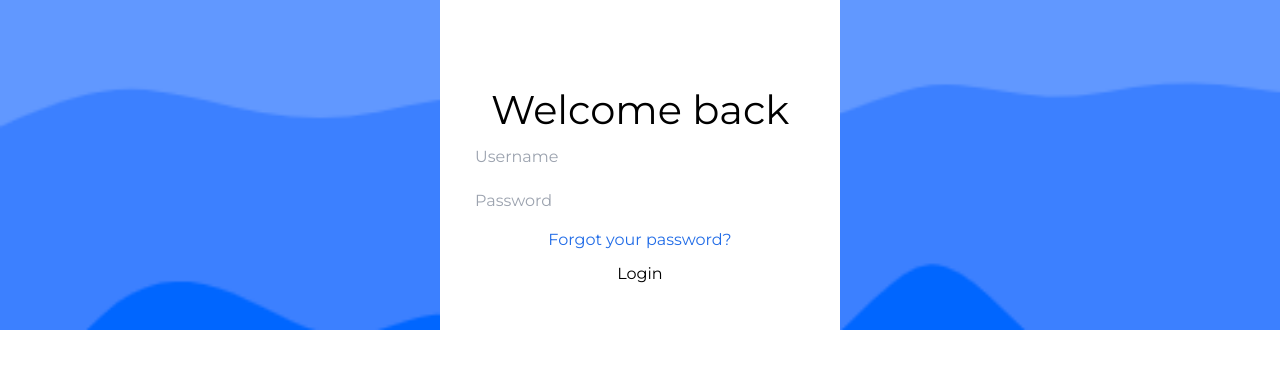
Repository: SatohJiro/CourseSale
Page: /
These files come from the project's save history. The page is drawn as it stood at one moment and after the next save; the edit follows.
The browser window is 1280 px wide. The pictures show the whole page.
The project was rebuilt for these pictures with package versions that can differ from the ones it lists, and the page was loaded fresh each time. Also part of the build but not shown: src/pages/Home/index.js, src/pages/Courses/index.js, src/layout/DefaultLayout/DefaultLayout.module.scss, src/layout/components/Header/Header.module.scss, src/layout/components/Header/index.js, src/layout/components/Sidebar/Sidebar.module.scss, src/layout/components/Sidebar/index.js, src/layout/DefaultLayout/index.js.

Above is the page before, as saved 2022-12-05 10:59:51.

### public/index.html
<!DOCTYPE html>
<html lang="en">
  <head>
    <meta charset="utf-8" />
    <link rel="icon" href="%PUBLIC_URL%/favicon.ico" />
    <meta name="viewport" content="width=device-width, initial-scale=1" />
    <meta name="theme-color" content="#000000" />
    <meta
      name="description"
      content="Web site created using create-react-app"
    />
    <link rel="apple-touch-icon" href="%PUBLIC_URL%/logo192.png" />
    <!--
      manifest.json provides metadata used when your web app is installed on a
      user's mobile device or desktop. See https://developers.google.com/web/fundamentals/web-app-manifest/
    -->
    <link rel="manifest" href="%PUBLIC_URL%/manifest.json" />
    <!--
      Notice the use of %PUBLIC_URL% in the tags above.
      It will be replaced with the URL of the `public` folder during the build.
      Only files inside the `public` folder can be referenced from the HTML.

      Unlike "/favicon.ico" or "favicon.ico", "%PUBLIC_URL%/favicon.ico" will
      work correctly both with client-side routing and a non-root public URL.
      Learn how to configure a non-root public URL by running `npm run build`.
    -->
    <title>Course Sale</title>
  </head>
  <body>
    <noscript>You need to enable JavaScript to run this app.</noscript>
    <div id="root"></div>
    <!--
      This HTML file is a template.
      If you open it directly in the browser, you will see an empty page.

      You can add webfonts, meta tags, or analytics to this file.
      The build step will place the bundled scripts into the <body> tag.

      To begin the development, run `npm start` or `yarn start`.
      To create a production bundle, use `npm run build` or `yarn build`.
    -->
  </body>
</html>

### src/index.js
import React from "react";
import ReactDOM from "react-dom/client";
import App from "./App";
import reportWebVitals from "./reportWebVitals";

import GlobalStyles from "~/components/GlobalStyles";

const root = ReactDOM.createRoot(document.getElementById("root"));
root.render(
  <React.StrictMode>
    <GlobalStyles>
      <App />
    </GlobalStyles>
  </React.StrictMode>
);

// If you want to start measuring performance in your app, pass a function
// to log results (for example: reportWebVitals(console.log))
// or send to an analytics endpoint. Learn more: https://bit.ly/CRA-vitals
reportWebVitals();

### src/App.js
import { Fragment } from "react";
import { BrowserRouter as Router, Routes, Route } from "react-router-dom";
import { publicRoutes } from "~/routes";
import { DefaultLayout } from "~/layout";
import Login from "./pages/Login/Login";

function App() {
  return (
    // <Router>
    //   <div className="App">
    //     <Routes>
    //       {publicRoutes.map((route, index) => {
    //         let Layout = DefaultLayout;
    //         if (route.layout) {
    //           Layout = route.layout;
    //         } else if (route.layout === null) {
    //           Layout = Fragment;
    //         }
    //         const Page = route.component;
    //         return (
    //           <Route
    //             key={index}
    //             path={route.path}
    //             element={
    //               <Layout>
    //                 <Page />
    //               </Layout>
    //             }
    //           />
    //         );
    //       })}
    //     </Routes>
    //   </div>
    // </Router>
    <Login></Login>
  );
}

export default App;

### src/components/GlobalStyles/index.js
import './GlobalStyles.scss'

function GlobalStyles({children}){
    return children
}
export default GlobalStyles

### src/routes/index.js
import { ROUTE_NAME } from "./routesConstant";

import Home from "~/pages/Home";
import Courses from "~/pages/Courses";
import Login from "~/pages/Login/Login";

const publicRoutes = [
  { path: ROUTE_NAME.ROOT, component: Home },
  { path: ROUTE_NAME.COURSES, component: Courses },
  { path: ROUTE_NAME.LOGIN, component: Login },
];
const privateRoutes = [];
export { publicRoutes, privateRoutes };

### src/layout/index.js
export {default as DefaultLayout} from './DefaultLayout'

### src/pages/Login/Login.jsx
import React from "react";

const Login = () => {
  return (
    <>
      <div className="grid place-items-center m-0 px-[24px] bg-login bg-no-repeat bg-cover animate-background-pan">
        <div className="w-[400px] px-[30px] pt-[70px] pb-[44px] round-[24px] bg-white text-center">
          <h2 className="mt-4 text-[40px]">Welcome back</h2>
          <form action="" className="grid gap-4">
            <input className="p-2" type="text" placeholder="Username" />
            <input className="p-2" type="password" placeholder="Password" />
            <a href="#" className="text-link">
              Forgot your password?
            </a>
            <butotn>Login</butotn>
          </form>
        </div>
      </div>
    </>
  );
};

export default Login;

### src/components/GlobalStyles/GlobalStyles.scss
@tailwind base;
@tailwind components;
@tailwind utilities;
@import "normalize.css";
@import url("https://fonts.googleapis.com/css2?family=Montserrat:wght@300;400;500;600;700&display=swap");

:root {
}
* {
  margin: 0;
  padding: 0;
  box-sizing: border-box;
}
html {
  font-size: 62.5%;
  a {
    color: #fff;
  }
}
body {
  font-family: "Montserrat";
  font-size: 1.6rem;
  line-height: 1.5;
  text-rendering: optimizeSpeed;
}

### src/routes/routesConstant.js
const HOME = "/";
const COURSES = "/courses";
const LOGIN = "/login";

export const ROUTE_NAME = {
  LOGIN: LOGIN,
  ROOT: HOME,
  COURSES: COURSES,
};

### src/layout/components/Sidebar/Sidebar.js
import classNames from "classnames/bind";
import style from "./Sidebar.module.scss";

import { ROUTE_NAME } from "~/routes/routesConstant";
import { AiOutlineHome, AiOutlineUnorderedList } from "react-icons/ai";

import { Link } from "react-router-dom";
import { useState } from "react";

const cx = classNames.bind(style);

const listTab = [
  {
    name: "home",
    path: ROUTE_NAME.ROOT,
    title: "Trang chủ",
    icon: <AiOutlineHome className={cx("menu-icon")} />,
  },
  {
    name: "courses",
    path: ROUTE_NAME.COURSES,
    title: "Khóa học",
    icon: <AiOutlineUnorderedList className={cx("menu-icon")} />,
  },
];
function Sidebar() {
  const [tabActive, setTabActive] = useState(listTab[0].name);
  return (
    <div className={cx("wrapper")}>
      <div className={cx("menu-wrapper")}>
        {listTab.map((item, index) => {
          return (
            <Link
              to={item.path}
              className={cx(
                "menu-item",
                tabActive === item.name ? "active" : null
              )}
              key={index}
              onClick={() => {
                setTabActive(item.name);
              }}
            >
              {item.icon}
              <span className={cx("menu-title")}>{item.title}</span>
            </Link>
          );
        })}
      </div>
    </div>
  );
}

export default Sidebar;

### tailwind.config.js
/** @type {import('tailwindcss').Config} */
module.exports = {
  content: ["./src/**/*.{js,jsx,ts,tsx}"],
  theme: {
    extend: {
      colors: {
        link: "#216ce7",
      },
      backgroundImage: {
        login: "url('../assets/img/login/login.png')",
      },
      keyframs: {
        pan: {
          "100%": { backgroundPosition: "15% 50%" },
        },
      },
      animation: {
        "background-pan": "pan 6s infinite alternate linear",
      },
    },
  },
  plugins: [],
};

Loaded but not shown: src/reportWebVitals.js (common file)

After the next save:
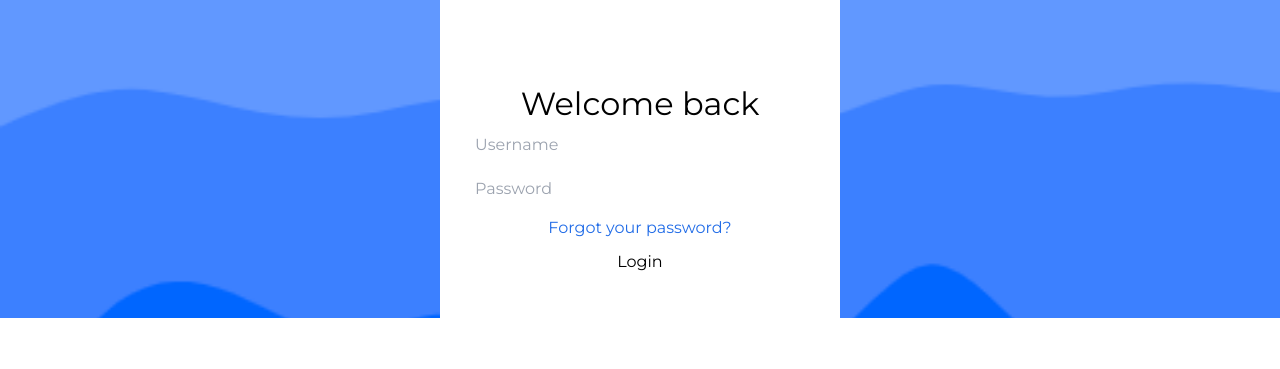
Saved 8 s later.
--- a/src/pages/Login/Login.jsx
+++ b/src/pages/Login/Login.jsx
@@ -5,7 +5,7 @@ const Login = () => {
     <>
       <div className="grid place-items-center m-0 px-[24px] bg-login bg-no-repeat bg-cover animate-background-pan">
         <div className="w-[400px] px-[30px] pt-[70px] pb-[44px] round-[24px] bg-white text-center">
-          <h2 className="mt-4 text-[40px]">Welcome back</h2>
+          <h2 className="mt-4 text-[32px]">Welcome back</h2>
           <form action="" className="grid gap-4">
             <input className="p-2" type="text" placeholder="Username" />
             <input className="p-2" type="password" placeholder="Password" />
